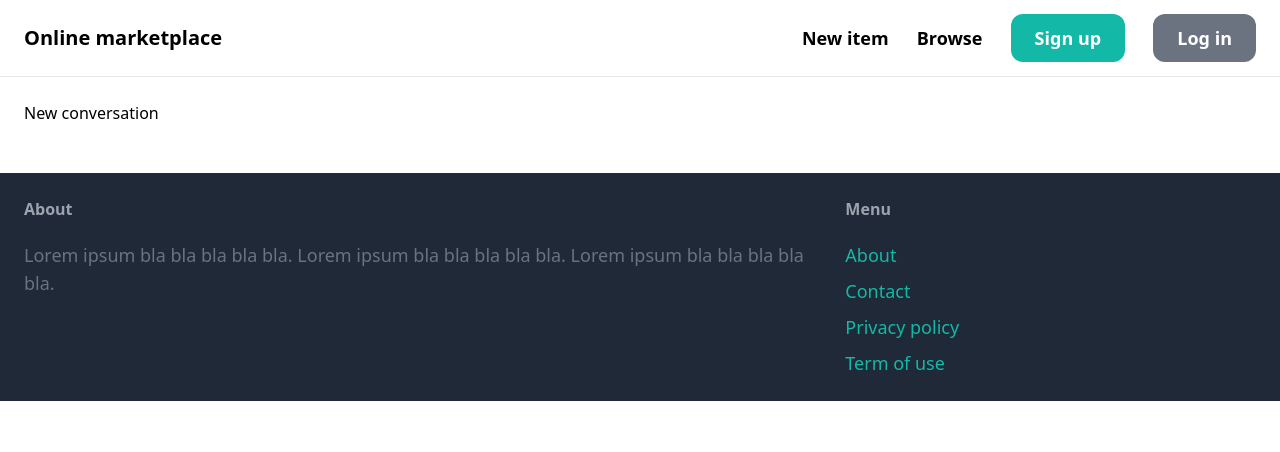
Repository: Anamikatiwari/Online_Market_Place
Page: conversation/templates/conversation/new.html
An editor plug-in stored every save of this project. The page is shown before and after a run of saves, followed by the edit.
The browser window is 1280 px wide. The pictures show the whole page.
Some web libraries are served in a nearby version. The template is drawn by Django 5.2. The application's start-up code is not run. Other server files are loaded and not shown. The template is opened directly, without the code that normally fills it, so the values that code supplies are empty.

Above is the page before, as saved 2024-09-07 15:43:25.

### conversation/templates/conversation/new.html
{% extends "core/base.html" %}

{% block title %}New conversation{% endblock title %}

{% block content %}
    <h1 class="mb-6">New conversation</h1>
{% endblock content %}

### core/templates/core/base.html
<!doctype html>

<html>
    <head>
        <meta charset="utf-8">
        <meta name="viewport" content="width=device-width, initial-scale=1.0">

        <script src="http://cdn.tailwindcss.com"></script>

        <title> {% block title %}{% endblock title %} | Online Marketplace</title>

    </head>

    <body>
        <nav class="py-6 px-6 flex justify-between items-center border-b border-gray-200">
            <a href="/" class="text-xl font-semibold">Online marketplace</a>
            <div class="space-x-6">
                <a href="{% url 'item:new' %}" class="text-lg font-semibold hover:text-gray-500">New item</a>
                <a href="{% url 'item:items' %}" class="text-lg font-semibold hover:text-gray-500">Browse</a>

                {% if request.user.is_authenticated %}
                    <a href="#" class="px-6 py-3 text-lg font-semibold bg-teal-500 text-white rounded-xl hover:bg-teal-700">Inbox</a>
                    <a href="{% url 'dashboard:index' %}" class="px-6 py-3 text-lg font-semibold bg-gray-500 text-white rounded-xl hover:bg-gray-700">Dashboard</a>
                {% else  %}
                    <a href="{% url 'core:signup' %}" class="px-6 py-3 text-lg font-semibold bg-teal-500 text-white rounded-xl hover:bg-teal-700">Sign up</a>
                    <a href="{% url 'core:login' %}" class="px-6 py-3 text-lg font-semibold bg-gray-500 text-white rounded-xl hover:bg-gray-700">Log in</a>
                {% endif %}
            </div>
        </nav>

        <div class="px-6 py-6">
            {% block content %}
            {% endblock content %}
        </div>

        <footer class="py-6 px-6 flex justify-between bg-gray-800">
           <div class="w-2/3 pr-10">
                <h3 class="mb-5 font-semibold text-gray-400">About</h3>

                <p class="text-lg text-gray-500">Lorem ipsum bla bla bla bla bla. Lorem ipsum bla bla bla bla bla. Lorem ipsum bla bla bla bla bla.</p>
           </div>

           <div class="w-1/3">
               <h3 class="mb-5 font-semibold text-gray-400">Menu</h3>

               <ul class="space-y-2">
                    <li><a href="#" class="text-lg text-teal-500 hover:text-teal-700">About</a></li>
                    <li><a href="{% url 'core:contact' %}" class="text-lg text-teal-500 hover:text-teal-700">Contact</a></li>
                    <li><a href="#" class="text-lg text-teal-500 hover:text-teal-700">Privacy policy</a></li>
                    <li><a href="#" class="text-lg text-teal-500 hover:text-teal-700">Term of use</a></li>
               </ul>
           </div>
        </footer>


    </body>
</html>

After the next 2 saves:
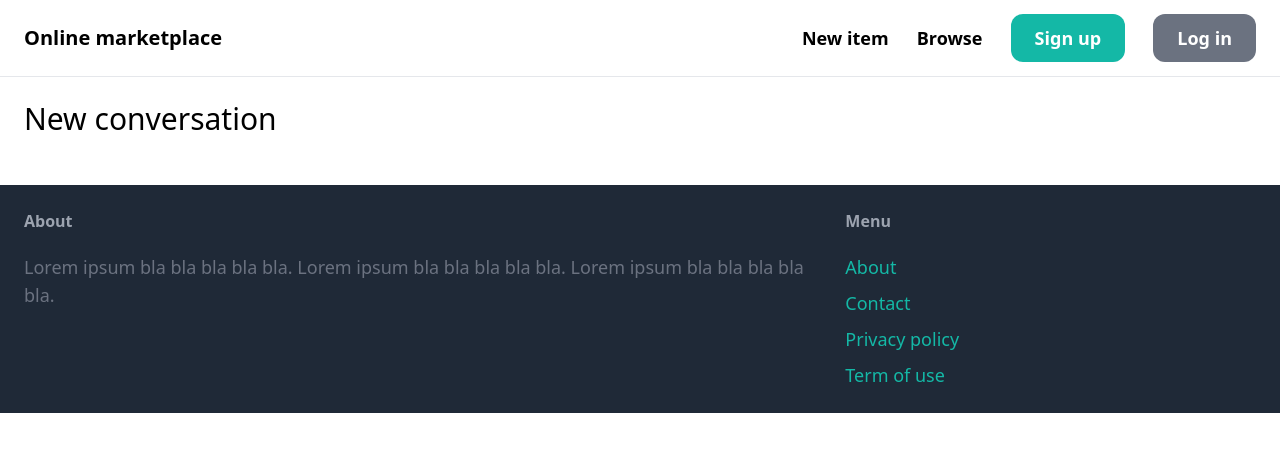
The 2 saves are shown as one change because they came seconds apart.
The last was saved 7 s later.
--- a/conversation/templates/conversation/new.html
+++ b/conversation/templates/conversation/new.html
@@ -3,5 +3,5 @@
 {% block title %}New conversation{% endblock title %}
 
 {% block content %}
-    <h1 class="mb-6">New conversation</h1>
+    <h1 class="mb-6 text-3xl">New conversation</h1>
 {% endblock content %}
